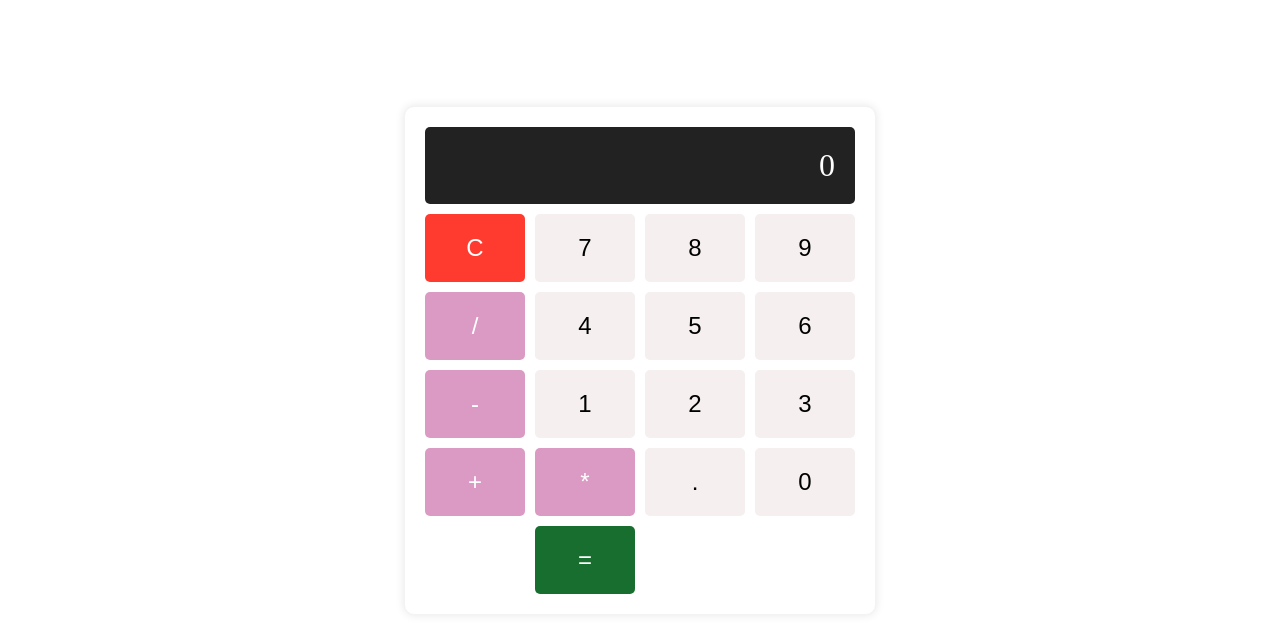
Repository: alizey12/calculator
Page: index.html
These files come from the project's save history. The page is drawn as it stood at one moment and after a run of saves; the edit follows.
The browser window is 1280 px wide. The pictures show the whole page.

Above is the page before, as saved 2024-11-23 19:52:09.

After the next 2 saves:
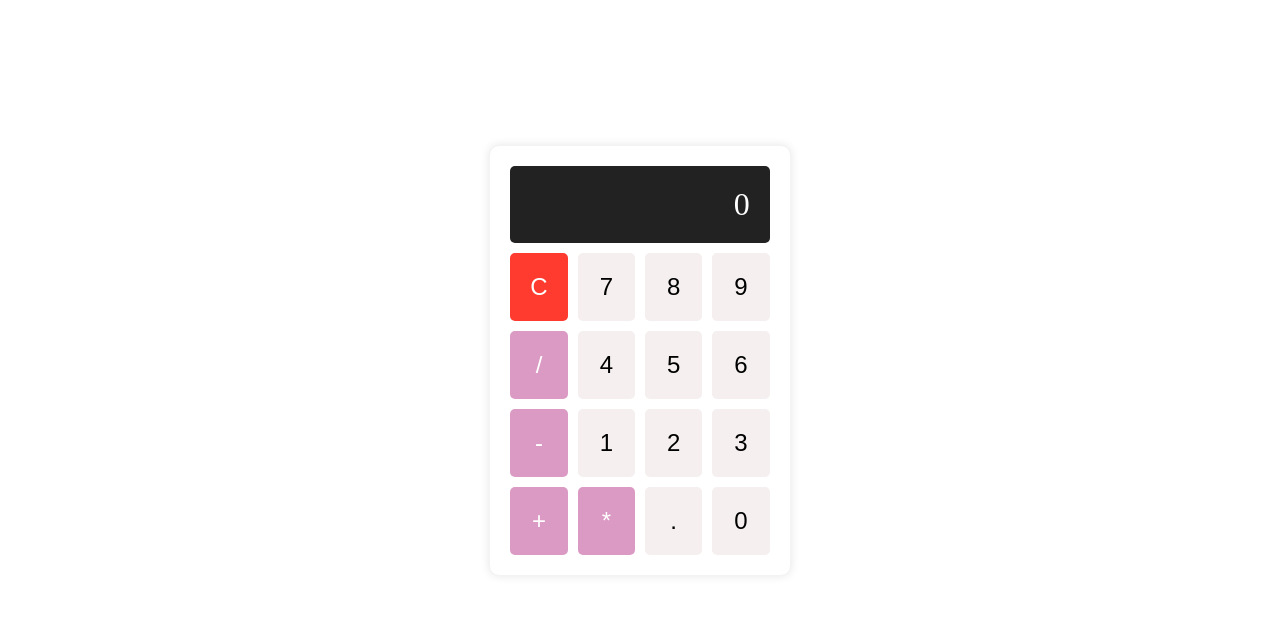
The 2 saves are shown as one change because they came seconds apart.
The last was saved 7 s later.
--- a/index.html
+++ b/index.html
@@ -28,8 +28,7 @@
                 <button class="btn operator">*</button>
                 <button class="btn">.</button>
                 <button class="btn">0</button>
-<div></div>
-                <button class="btn operator" id="equals">=</button>
+
 
 
             </div>
